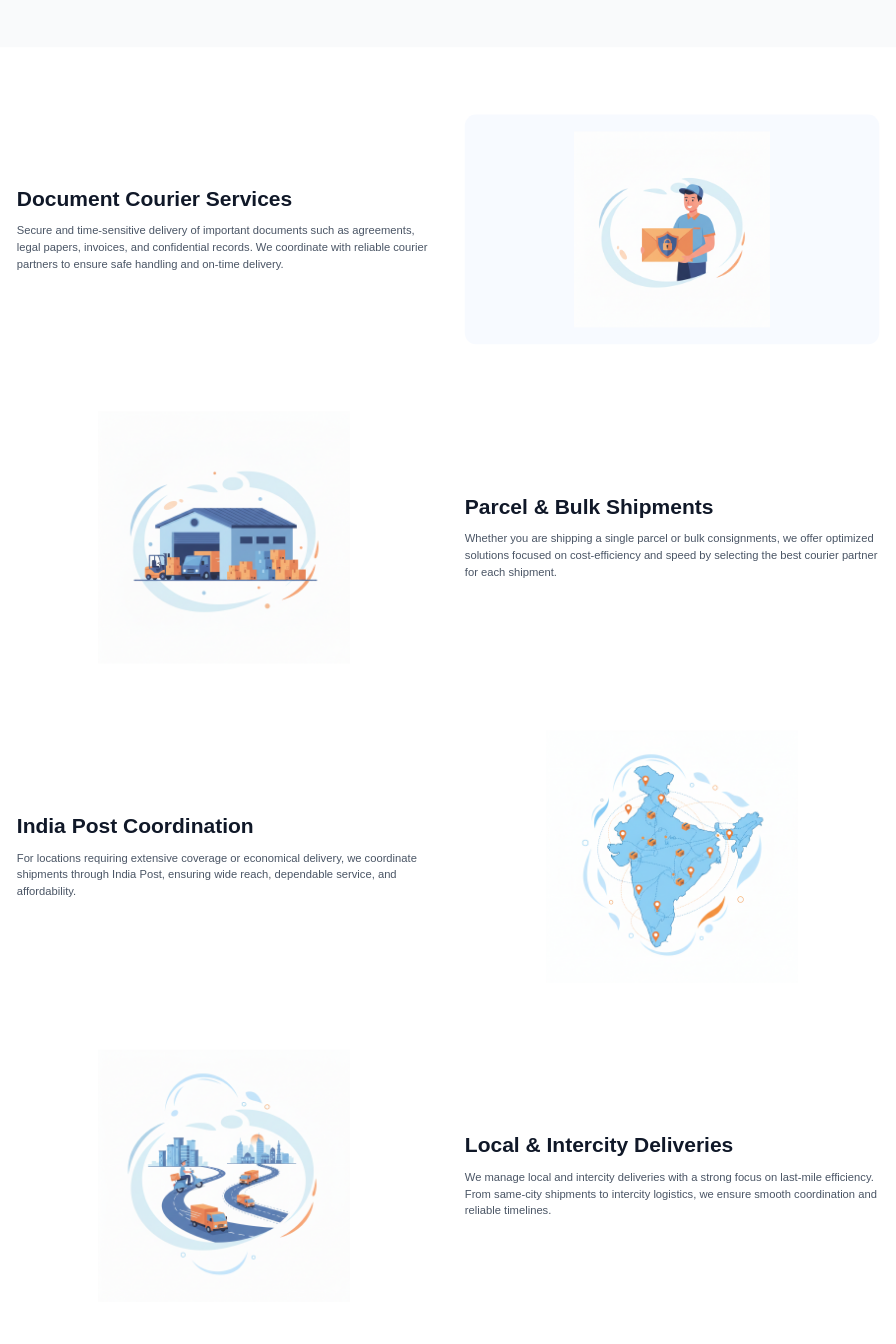
Repository: Rohit-foryou/Courier-Portfolio
Page: /services
These files come from the project's save history. The page is drawn as it stood at one moment and after the next save; the edit follows.
The browser window is 1280 px wide. The pictures show the part of the page from y = 624 to 2544 px (the page is 5054 px tall before and 5086 px after), at 70% of full size.
The project was rebuilt for these pictures with package versions that can differ from the ones it lists, and the page was loaded fresh each time. The framework's server and built-in components were replaced by stand-ins that run in the browser. Also part of the build but not shown: next.config.ts.

Above is the page before, as saved 2026-02-09 23:36:19.

### app/layout.tsx
import "./globals.css";
import Navbar from "../components/Navbar";
import Footer from "../components/Fotter";

export const metadata = {
  title: "Courier Portfolio",
  description: "Courier & logistics service portfolio website",
};

export default function RootLayout({
  children,
}: {
  children: React.ReactNode;
}) {
  return (
    <html lang="en">
      <body>
        <Navbar />
        <main className="min-h-screen">{children}</main>
        <Footer />
      </body>
    </html>
  );
}

### app/services/page.tsx
import Image from "next/image";
import Link from "next/link";

export default function ServicesPage() {
  return (
    <>
      {/* HERO */}
      <section className="bg-gray-50 py-24">
        <div className="max-w-7xl mx-auto px-6 grid grid-cols-1 md:grid-cols-2 gap-12 items-center">
          {/* Left */}
          <div>
            <p className="text-sm font-semibold text-orange-500 uppercase tracking-wide">
              Our Services
            </p>

            <h1 className="mt-4 text-4xl md:text-5xl font-bold text-gray-900 leading-tight">
              Courier & Logistics Solutions
              <br /> You Can Rely On
            </h1>

            <p className="mt-6 text-lg text-gray-600">
              We provide end-to-end courier and logistics coordination by
              partnering with trusted service providers to ensure timely,
              secure, and cost-effective deliveries across India.
            </p>
          </div>

          {/* Right */}
          <div className="flex justify-center">
            <Image
              src="/images/services.png"
              alt="Courier services"
              width={420}
              height={320}
              className="object-contain"
              priority
            />
          </div>
        </div>
      </section>
      {/* CORE SERVICES */}
      <section className="bg-white py-24">
        <div className="max-w-7xl mx-auto px-6 space-y-24">
          {/* Service 1 */}
          <div className="grid grid-cols-1 md:grid-cols-2 gap-12 items-center">
            <div>
              <h2 className="text-3xl font-bold text-gray-900">
                Document Courier Services
              </h2>
              <p className="mt-4 text-gray-600">
                Secure and time-sensitive delivery of important documents such
                as agreements, legal papers, invoices, and confidential records.
                We coordinate with reliable courier partners to ensure safe
                handling and on-time delivery.
              </p>
            </div>
            <div className="bg-blue-50/50 rounded-2xl p-6 flex justify-center">
  <Image
    src="/images/Document.png"
    alt="Document delivery"
    width={280}
    height={200}
    className="object-contain"
  />
</div>

          </div>

          {/* Service 2 */}
          <div className="grid grid-cols-1 md:grid-cols-2 gap-12 items-center">
            <div className="order-2 md:order-1 flex justify-center">
              <Image
                src="/images/parcel.png"
                alt="Parcel and bulk shipments"
                width={360}
                height={260}
              />
            </div>
            <div className="order-1 md:order-2">
              <h2 className="text-3xl font-bold text-gray-900">
                Parcel & Bulk Shipments
              </h2>
              <p className="mt-4 text-gray-600">
                Whether you are shipping a single parcel or bulk consignments,
                we offer optimized solutions focused on cost-efficiency and
                speed by selecting the best courier partner for each shipment.
              </p>
            </div>
          </div>

          {/* Service 3 */}
          <div className="grid grid-cols-1 md:grid-cols-2 gap-12 items-center">
            <div>
              <h2 className="text-3xl font-bold text-gray-900">
                India Post Coordination
              </h2>
              <p className="mt-4 text-gray-600">
                For locations requiring extensive coverage or economical
                delivery, we coordinate shipments through India Post, ensuring
                wide reach, dependable service, and affordability.
              </p>
            </div>
            <div className="flex justify-center">
              <Image
                src="/images/India Post.png"
                alt="India Post coordination"
                width={360}
                height={260}
              />
            </div>
          </div>

          {/* Service 4 */}
          <div className="grid grid-cols-1 md:grid-cols-2 gap-12 items-center">
            <div className="order-2 md:order-1 flex justify-center">
              <Image
                src="/images/Intercity.png"
                alt="Local and intercity deliveries"
                width={360}
                height={260}
              />
            </div>
            <div className="order-1 md:order-2">
              <h2 className="text-3xl font-bold text-gray-900">
                Local & Intercity Deliveries
              </h2>
              <p className="mt-4 text-gray-600">
                We manage local and intercity deliveries with a strong focus on
                last-mile efficiency. From same-city shipments to intercity
                logistics, we ensure smooth coordination and reliable timelines.
              </p>
            </div>
          </div>
          {/* Service 5 */}
          <div className="grid grid-cols-1 md:grid-cols-2 gap-12 items-center">
            <div>
              <h2 className="text-3xl font-bold text-gray-900">
                Business & Corporate Logistics
              </h2>
              <p className="mt-4 text-gray-600">
                Businesses rely on us for consistent and scalable logistics
                coordination. We help enterprises manage regular courier
                requirements with dependable partners, clear communication, and
                transparent processes.
              </p>
            </div>
            <div className="flex justify-center">
              <Image
                src="/images/Parcel.png"
                alt="Business and corporate logistics"
                width={360}
                height={260}
              />
            </div>
          </div>
          {/* Service 6 */}
          <div className="grid grid-cols-1 md:grid-cols-2 gap-12 items-center">
            <div className="order-2 md:order-1 flex justify-center">
              <Image
                src="/images/multi.png"
                alt="Multi courier optimization"
                width={360}
                height={260}
              />
            </div>
            <div className="order-1 md:order-2">
              <h2 className="text-3xl font-bold text-gray-900">
                Multi-Courier Optimization
              </h2>
              <p className="mt-4 text-gray-600">
                We intelligently select the most suitable courier partner for
                every shipment based on destination, delivery urgency, and cost
                — ensuring optimal performance for each delivery.
              </p>
            </div>
          </div>
        </div>
      </section>
      {/* WHAT WE OFFER */}
      <section className="bg-gray-50 py-24">
        <div className="max-w-7xl mx-auto px-6 text-center">
          <p className="text-sm font-semibold text-orange-500 uppercase tracking-wide">
            Service Attributes
          </p>
          <h2 className="mt-4 text-4xl font-bold text-gray-900">
            What We Offer
          </h2>

          <div className="mt-16 grid grid-cols-1 sm:grid-cols-2 lg:grid-cols-4 gap-8">
            {[
              {
                title: "Fast & Reliable Delivery",
                desc: "Optimized courier coordination to meet urgent timelines.",
                icon: "🚚",
              },
              {
                title: "PAN India Coverage",
                desc: "Wide delivery reach including remote and semi-urban areas.",
                icon: "📍",
              },
              {
                title: "Multi-Courier Selection",
                desc: "Best courier chosen based on cost, speed, and destination.",
                icon: "📦",
              },
              {
                title: "Secure Handling",
                desc: "Trusted partners ensure safety and accountability.",
                icon: "🔒",
              },
            ].map((item, i) => (
              <div
                key={i}
                className="bg-white p-8 rounded-xl shadow-sm hover:shadow-md transition"
              >
                <div className="text-4xl mb-4 text-orange-500">{item.icon}</div>
                <h3 className="font-semibold text-gray-900">{item.title}</h3>
                <p className="mt-2 text-gray-600 text-sm">{item.desc}</p>
              </div>
            ))}
          </div>
        </div>
      </section>
      {/* WHY CHOOSE US */}
      <section className="bg-white py-24">
        <div className="max-w-7xl mx-auto px-6 text-center">
          <h2 className="text-4xl font-bold text-gray-900">
            Why Choose Our Services?
          </h2>

          <div className="mt-14 grid grid-cols-1 md:grid-cols-3 gap-10">
            <div>
              <h3 className="font-semibold text-lg text-gray-900">
                Cost-Effective Solutions
              </h3>
              <p className="mt-2 text-gray-600">
                Competitive pricing through smart courier selection.
              </p>
            </div>

            <div>
              <h3 className="font-semibold text-lg text-gray-900">
                Reliable Coordination
              </h3>
              <p className="mt-2 text-gray-600">
                Clear communication and dependable logistics planning.
              </p>
            </div>

            <div>
              <h3 className="font-semibold text-lg text-gray-900">
                Trusted Network
              </h3>
              <p className="mt-2 text-gray-600">
                Partnerships with established courier service providers.
              </p>
            </div>
          </div>
        </div>
      </section>
      {/* CTA */}
      <section className="bg-blue-50 py-20 text-center">
        <h2 className="text-3xl font-bold text-gray-900">
          Need a Reliable Courier Partner?
        </h2>
        <p className="mt-4 text-gray-600">
          Contact us today and let us handle your delivery needs.
        </p>
        <Link
          href="/contact"
          className="inline-block mt-6 bg-orange-500 text-white px-8 py-3 rounded-md font-semibold hover:bg-orange-600 transition"
        >
          Get in Touch
        </Link>
      </section>
    </>
  );
}

### components/Navbar.tsx
import Link from "next/link";

export default function Navbar() {
  return (
    <nav className="w-full bg-white sticky top-0 z-50 shadow-md">
      <div className="max-w-7xl mx-auto px-6">
        <div className="flex items-center justify-between h-20">

          {/* Logo */}
          <Link href="/" className="flex items-center">
            <span className="text-2xl font-bold text-blue-600">
              Vandana<span className="text-gray-800">Airways</span>
            </span>
          </Link>

          {/* Navigation Links */}
          <div className="hidden md:flex items-center space-x-8 text-gray-700 font-medium">
            {["Home", "Services", "Why Choose Us", "Partners", "Contact"].map(
              (item) => (
                <Link
                  key={item}
                  href={item === "Home" ? "/" : `/${item.toLowerCase().replace(/\s/g, "-")}`}
                  className="relative hover:text-blue-600 transition after:absolute after:left-0 after:-bottom-1 after:w-0 after:h-[2px] after:bg-orange-500 hover:after:w-full after:transition-all"
                >
                  {item}
                </Link>
              )
            )}
          </div>

          {/* CTA Button */}
          <Link
            href="/contact"
            className="bg-orange-500 text-white px-6 py-2.5 rounded-md font-semibold hover:bg-orange-600 transition shadow-sm"
          >
Contact Us          </Link>
        </div>
      </div>
    </nav>
  );
}

### components/Fotter.tsx
import Link from "next/link";

export default function Footer() {
  return (
    <footer className="bg-gray-50 border-t border-gray-200">
      <div className="max-w-7xl mx-auto px-6 py-12">
        <div className="grid grid-cols-1 md:grid-cols-3 gap-8">
          {/* Brand / About */}
          <div>
            <h3 className="text-xl font-bold text-blue-600">
  Vandana<span className="text-gray-900">Airways</span>
</h3>

            <p className="mt-4 text-gray-600 text-sm">
              We act as a trusted middleman connecting customers with reliable
              courier partners, including India Post, to deliver fast and
              cost-effective logistics solutions.
            </p>
          </div>

          {/* Quick Links */}
          <div>
            <h4 className="text-lg font-semibold text-gray-900 mb-4">
Quick Links</h4>
            <ul className="mt-4 space-y-2 text-sm">
              <li>
                <Link
                  href="/"
                  className="text-gray-600 hover:text-blue-600 transition"
                >
                  Home
                </Link>
              </li>
              <li>
                <Link
                  href="/services"
                  className="text-gray-600 hover:text-blue-600 transition"
                >
                  Services
                </Link>
              </li>
              <li>
                <Link
                  href="/why-choose-us"
                  className="text-gray-600 hover:text-blue-600 transition"
                >
                  Why Choose Us
                </Link>
              </li>
              <li>
                <Link
                  href="/partners"
                  className="text-gray-600 hover:text-blue-600 transition"
                >
                  Partners
                </Link>
              </li>
              <li>
                <Link
                  href="/contact"
                  className="text-gray-600 hover:text-blue-600 transition"
                >
                  Contact
                </Link>
              </li>
            </ul>
          </div>

          {/* Contact Info */}
          <div>
            <h4 className="text-lg font-semibold text-gray-900">Contact</h4>
            <ul className="mt-4 space-y-2 text-gray-600 text-sm">
              <li>📞 +91-8383866968 | 8076668043</li>
              <li>✉️ akhileshpr125@gmail.com</li>
              <li>
                📍 A - 44 A Mansa Ram Park, Uttam Nagar, New Delhi - 110059, India
              </li>
            </ul>
          </div>
        </div>

        {/* Bottom Bar */}
        <div className="mt-10 border-t border-gray-200 pt-6 text-center text-sm text-gray-500">
          © {new Date().getFullYear()} Vandana Airways. All rights reserved.
        </div>
      </div>
    </footer>
  );
}

Loaded but not shown: app/globals.css (common file)

After the next save:
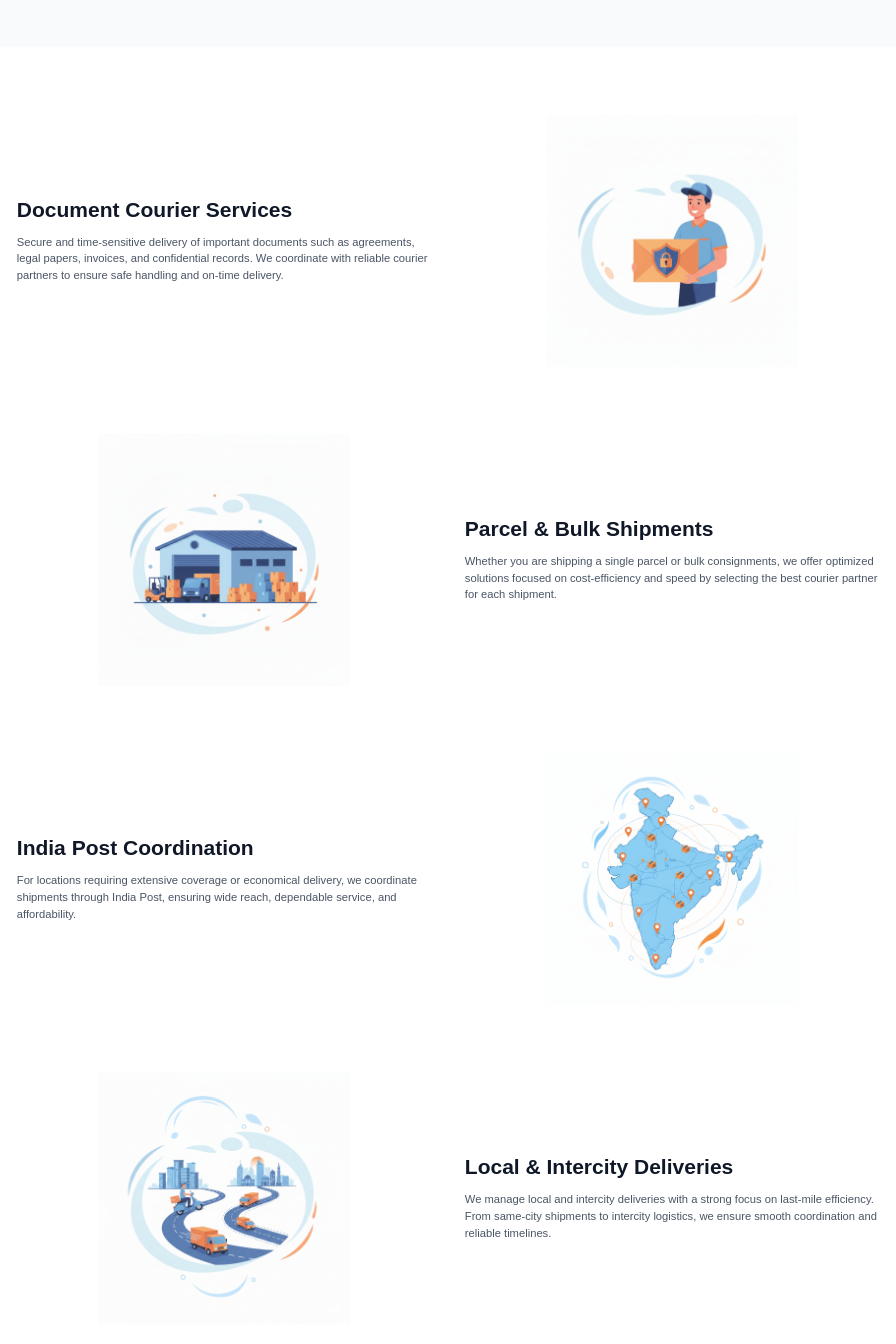
Saved 6 s later.
--- a/app/services/page.tsx
+++ b/app/services/page.tsx
@@ -54,16 +54,14 @@
                 handling and on-time delivery.
               </p>
             </div>
-            <div className="bg-blue-50/50 rounded-2xl p-6 flex justify-center">
-  <Image
-    src="/images/Document.png"
-    alt="Document delivery"
-    width={280}
-    height={200}
-    className="object-contain"
-  />
-</div>
-
+            <div className="flex justify-center">
+              <Image
+                src="/images/Document.png"
+                alt="Document delivery"
+                width={360}
+                height={260}
+              />
+            </div>
           </div>
 
           {/* Service 2 */}
